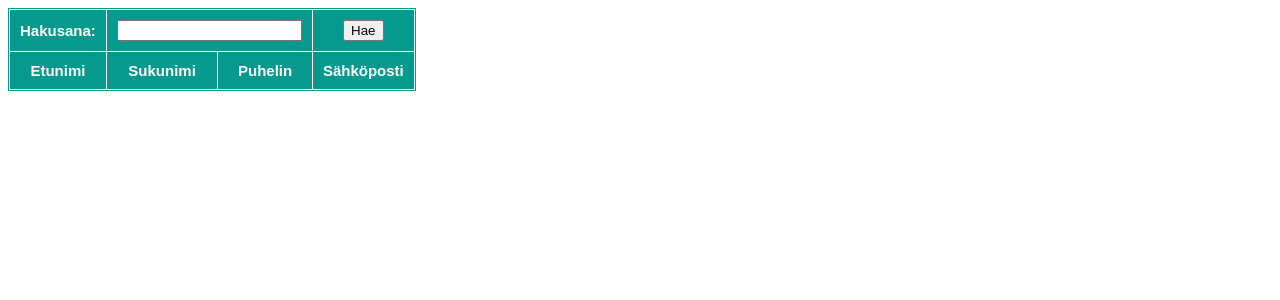
Repository: Heli-DL/Asiakkaat_NatiiviJS
Page: http://localhost/Asiakkaat/listaaasiakkaat.jsp
These files come from the project's save history. The page is drawn as it stood at one moment and after the next save; the edit follows.
The browser window is 1280 px wide. The pictures show the whole page.
The page is served by Tomcat 9. Other server files are loaded and not shown.

Above is the page before, as saved 2022-04-23 22:32:17.
Console error: SyntaxError: Unexpected token '*'

### Asiakkaat/src/main/webapp/listaaasiakkaat.jsp
<%@ page language="java" contentType="text/html; charset=UTF-8"
    pageEncoding="UTF-8"%>
<!DOCTYPE html>
<html>
<head>
<meta charset="UTF-8">
<script src="https://ajax.googleapis.com/ajax/libs/jquery/3.4.1/jquery.min.js"></script>
<link rel="stylesheet" type="text/css" href="css/main.css">
<title>Asiakkaat</title>
</head>
<body>
<table id="listaus">
	<thead>
		<tr>
			<th class="oikealle">Hakusana:</th>
			<th colspan=2><input type="text" id="hakusana"></th>
			<th><input type="button" value="Hae" id="hakunappi"></th>
		</tr>
		<tr>
			<th>Etunimi</th>
			<th>Sukunimi</th>
			<th>Puhelin</th>
			<th>Sähköposti</th>
		</tr>
	</thead>
	<tbody>
	</tbody>
</table>
<script>
$(document).ready(function(){

	haeAsiakkaat();
	$("#hakunappi").click(function(){
		haeAsiakkaat();
	});
	$(document.body).on("keydown", function(event){
		  if(event.which==13){ //Enteriä painettu, ajetaan haku
			  haeAsiakkaat();
		  }
	});
	$("#hakusana").focus();//viedään kursori hakusana-kenttään sivun latauksen yhteydessä
});

function haeAsiakkaat(){
	$(*"listaus tbody").empty();
	$.ajax({url:"asiakkaat/"+$ $("#hakusana").val().toLowerCase(), type:"GET", dataType:"json", success:function(result){
		$.each(result.asiakkaat, function(i, field){
        	var htmlStr;
        	htmlStr+="<tr>";
        	htmlStr+="<td>"+field.etunimi+"</td>";
        	htmlStr+="<td>"+field.sukunimi+"</td>";
        	htmlStr+="<td>"+field.puhelin+"</td>";
        	htmlStr+="<td>"+field.sposti+"</td>";
        	htmlStr+="</tr>";
        	$("#listaus tbody").append(htmlStr);
        });
    }});
}

</script>
</body>
</html>

### Asiakkaat/src/main/webapp/css/main.css
body{
	font-family: Arial, Helvetica, sans-serif;
	font-size: 15px;
}
table {
	border: 1px solid #069A8E;
	border-spacing: 1px;
}

thead {
	background-color: #069A8E;
	color: white;
}

th {
 	padding: 10px;
}

td {
	text-align: left;
	padding: 7px;
}
tbody tr:nth-child(even) {
	background-color: #f2f2f2;
}
.oikealle{
	text-align: right;
}

### Asiakkaat/src/main/java/control/Asiakkaat.java
package control;

import java.io.IOException;
import java.io.PrintWriter;
import java.util.ArrayList;
import javax.servlet.ServletException;
import javax.servlet.annotation.WebServlet;
import javax.servlet.http.HttpServlet;
import javax.servlet.http.HttpServletRequest;
import javax.servlet.http.HttpServletResponse;
import org.json.JSONObject;
import model.Asiakas;
import model.dao.Dao;

@WebServlet("/asiakkaat/*")
public class Asiakkaat extends HttpServlet {
	private static final long serialVersionUID = 1L;


    public Asiakkaat() {
    	super();
    	System.out.println("Asiakkaat.Asiakkaat()");
    }

	protected void doGet(HttpServletRequest request, HttpServletResponse response) throws ServletException, IOException {
		System.out.println("Asiakkaat.doGet()");
		String pathInfo = request.getPathInfo();
		System.out.println("polku: " + pathInfo);
		String hakusana = pathInfo.replace("/", "");
		Dao dao = new Dao();
		ArrayList<Asiakas> asiakkaat = dao.listaaKaikki(hakusana);
		System.out.println(asiakkaat);
		String strJSON = new JSONObject().put("asiakkaat", asiakkaat).toString();
		response.setContentType("application/json");
		PrintWriter out = response.getWriter();
		out.println(strJSON);
	}

	protected void doPost(HttpServletRequest request, HttpServletResponse response) throws ServletException, IOException {
		System.out.println("Asiakkaat.doPost()");
	}

	protected void doPut(HttpServletRequest request, HttpServletResponse response) throws ServletException, IOException {
		System.out.println("Asiakkaat.doPut()");
	}

	protected void doDelete(HttpServletRequest request, HttpServletResponse response) throws ServletException, IOException {
		System.out.println("Asiakkaat.doDelete()");
	}

}

### Asiakkaat/src/main/java/model/dao/Dao.java
package model.dao;

import java.sql.Connection;
import java.sql.DriverManager;
import java.sql.PreparedStatement;
import java.sql.ResultSet;
import java.util.ArrayList;

import model.Asiakas;

public class Dao {
	private Connection con=null;
	private ResultSet rs = null;
	private PreparedStatement stmtPrep=null;
	private String sql;
	private String db ="Myynti.sqlite";

	private Connection yhdista(){
    	Connection con = null;
    	String path = System.getProperty("catalina.base");
    	path = path.substring(0, path.indexOf(".metadata")).replace("\\", "/");
    	String url = "jdbc:sqlite:"+path+db;
    	try {
    		Class.forName("org.sqlite.JDBC");
	        con = DriverManager.getConnection(url);
	        System.out.println("Yhteys avattu.");
	     }catch (Exception e){
	    	 System.out.println("Yhteyden avaus epäonnistui.");
	        e.printStackTrace();
	     }
	     return con;
	}

	public ArrayList<Asiakas> listaaKaikki(){
		ArrayList<Asiakas> asiakkaat = new ArrayList<Asiakas>();
		sql = "SELECT * FROM asiakkaat";
		try {
			con=yhdista();
			if(con!=null){ //jos yhteys onnistui
				stmtPrep = con.prepareStatement(sql);
        		rs = stmtPrep.executeQuery();
				if(rs!=null){ //jos kysely onnistui
					//con.close();
					while(rs.next()){
						Asiakas asiakas = new Asiakas();
						asiakas.setEtunimi(rs.getString(2));
						asiakas.setSukunimi(rs.getString(3));
						asiakas.setPuhelin(rs.getString(4));
						asiakas.setSposti(rs.getString(5));
						asiakkaat.add(asiakas);
					}
				}
			}
			con.close();
		} catch (Exception e) {
			e.printStackTrace();
		}
		return asiakkaat;
	}
	public ArrayList<Asiakas> listaaKaikki(String hakusana){
		ArrayList<Asiakas> asiakkaat = new ArrayList<Asiakas>();
		sql = "SELECT * FROM asiakkaat WHERE etunimi like ? or sukunimi like ? or puhelin like ? or sposti like ?";
		try {
			con=yhdista();
			if(con!=null){ //jos yhteys onnistui
				stmtPrep = con.prepareStatement(sql);
				stmtPrep.setString(1, "%" + hakusana + "%");
				stmtPrep.setString(2, "%" + hakusana + "%");
				stmtPrep.setString(3, "%" + hakusana + "%");
				stmtPrep.setString(4, "%" + hakusana + "%");
        		rs = stmtPrep.executeQuery();
				if(rs!=null){ //jos kysely onnistui
					//con.close();
					while(rs.next()){
						Asiakas asiakas = new Asiakas();
						asiakas.setEtunimi(rs.getString(2));
						asiakas.setSukunimi(rs.getString(3));
						asiakas.setPuhelin(rs.getString(4));
						asiakas.setSposti(rs.getString(5));
						asiakkaat.add(asiakas);
					}
				}
			}
			con.close();
		} catch (Exception e) {
			e.printStackTrace();
		}
		return asiakkaat;
	}
}

After the next save:
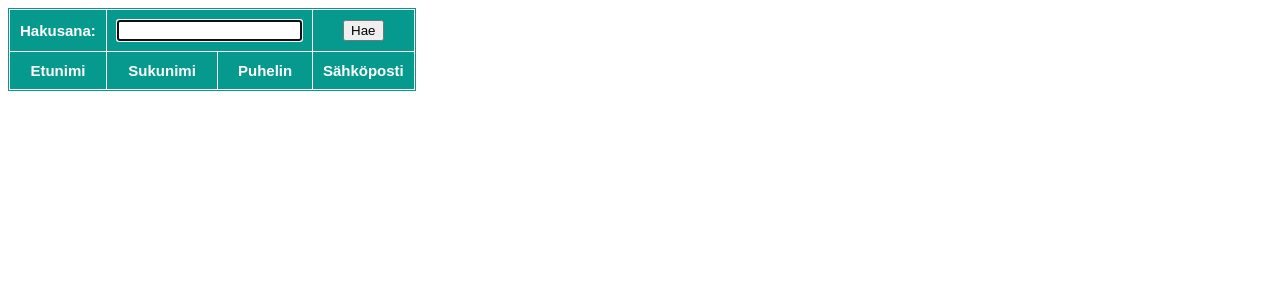
The error is gone.
Saved 2 min 33 s later.
--- a/Asiakkaat/src/main/webapp/listaaasiakkaat.jsp
+++ b/Asiakkaat/src/main/webapp/listaaasiakkaat.jsp
@@ -42,12 +42,12 @@ $(document).ready(function(){
 });
 
 function haeAsiakkaat(){
-	$(*"listaus tbody").empty();
-	$.ajax({url:"asiakkaat/"+$ $("#hakusana").val().toLowerCase(), type:"GET", dataType:"json", success:function(result){
-		$.each(result.asiakkaat, function(i, field){
+	$("#listaus tbody").empty();
+	$.ajax({url:"asiakkaat/"+$("#hakusana").val(), type:"GET", dataType:"json", success:function(result){//Funktio palauttaa tiedot json-objektina
+		$.each(result.autot, function(i, field){
         	var htmlStr;
         	htmlStr+="<tr>";
-        	htmlStr+="<td>"+field.etunimi+"</td>";
+        	htmlStr+="<td>"+field.etunimio+"</td>";
         	htmlStr+="<td>"+field.sukunimi+"</td>";
         	htmlStr+="<td>"+field.puhelin+"</td>";
         	htmlStr+="<td>"+field.sposti+"</td>";
